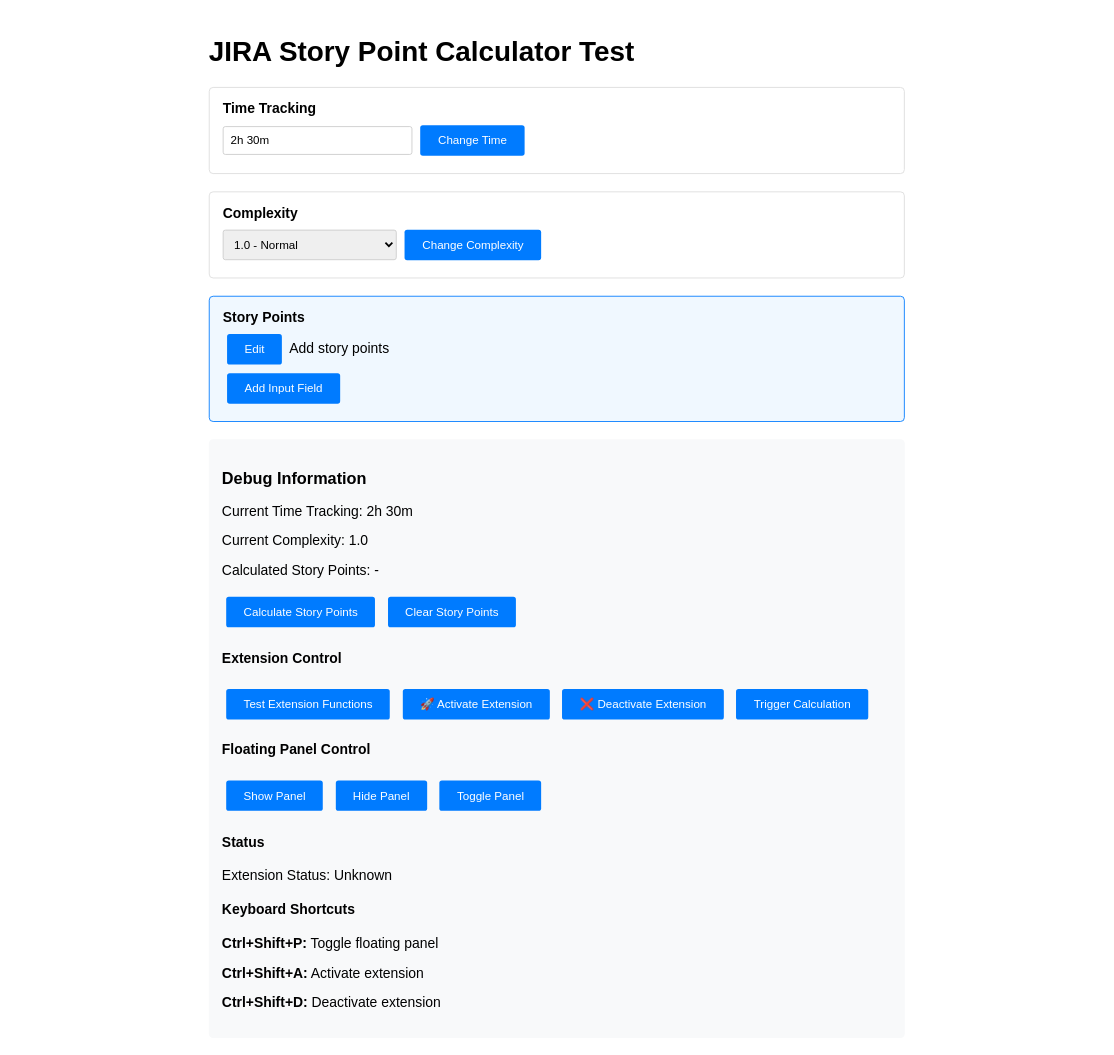
Repository: nirazanbasnet/jira-story-point-calculator
Page: test.html
An editor plug-in stored every save of this project. The page is shown before and after the next save, followed by the edit.
The browser window is 1280 px wide. The pictures show the whole page, at 87% of full size.

Above is the page before, as saved 2025-09-01 19:38:25.

### test.html
<!DOCTYPE html>
<html lang="en">

<head>
    <meta charset="UTF-8">
    <meta name="viewport" content="width=device-width, initial-scale=1.0">
    <title>JIRA Story Point Calculator Test</title>
    <style>
        body {
            font-family: Arial, sans-serif;
            max-width: 800px;
            margin: 0 auto;
            padding: 20px;
        }

        .field-group {
            margin: 20px 0;
            padding: 15px;
            border: 1px solid #ddd;
            border-radius: 5px;
        }

        .field-label {
            font-weight: bold;
            margin-bottom: 5px;
        }

        input,
        select {
            padding: 8px;
            border: 1px solid #ccc;
            border-radius: 3px;
            width: 200px;
        }

        .story-point-field {
            background-color: #f0f8ff;
            border-color: #007bff;
        }

        .debug-info {
            background-color: #f8f9fa;
            padding: 15px;
            border-radius: 5px;
            margin-top: 20px;
        }

        button {
            background-color: #007bff;
            color: white;
            padding: 10px 20px;
            border: none;
            border-radius: 3px;
            cursor: pointer;
            margin: 5px;
        }

        button:hover {
            background-color: #0056b3;
        }
    </style>
</head>

<body>
    <h1>JIRA Story Point Calculator Test</h1>

    <div class="field-group">
        <div class="field-label">Time Tracking</div>
        <input type="text" id="time-tracking" name="time-tracking" placeholder="e.g., 2h 30m" value="2h 30m">
        <button onclick="changeTimeTracking()">Change Time</button>
    </div>

    <div class="field-group">
        <div class="field-label">Complexity</div>
        <select id="complexity" name="complexity">
            <option value="0.1">0.1 - Very Simple</option>
            <option value="0.2">0.2 - Simple</option>
            <option value="0.3">0.3 - Basic</option>
            <option value="0.6">0.6 - Standard</option>
            <option value="1" selected>1.0 - Normal</option>
            <option value="1.5">1.5 - Complex</option>
            <option value="2">2.0 - Very Complex</option>
        </select>
        <button onclick="changeComplexity()">Change Complexity</button>
    </div>

    <div class="field-group story-point-field">
        <div class="field-label">Story Points</div>
        <div data-testid="issue-field-number.ui.issue-field-story-point-estimate--container">
            <div data-testid="issue-field-inline-edit-read-view-container.ui.container" role="presentation">
                <button aria-label="Edit Story Points" type="button">Edit</button>
                <span data-testid="issue-field-story-point-estimate-readview-full.ui.story-point-estimate">
                    <span>Add story points</span>
                </span>
            </div>
        </div>
        <button onclick="addInputField()">Add Input Field</button>
    </div>

    <div class="debug-info">
        <h3>Debug Information</h3>
        <p>Current Time Tracking: <span id="current-time">2h 30m</span></p>
        <p>Current Complexity: <span id="current-complexity">1.0</span></p>
        <p>Calculated Story Points: <span id="calculated-points">-</span></p>
        <button onclick="calculateStoryPoints()">Calculate Story Points</button>
        <button onclick="clearStoryPoints()">Clear Story Points</button>

        <h4>Extension Control</h4>
        <button onclick="testExtensionFunctions()">Test Extension Functions</button>
        <button onclick="activateExtension()">🚀 Activate Extension</button>
        <button onclick="deactivateExtension()">❌ Deactivate Extension</button>
        <button onclick="triggerCalculation()">Trigger Calculation</button>

        <h4>Floating Panel Control</h4>
        <button onclick="showPanel()">Show Panel</button>
        <button onclick="hidePanel()">Hide Panel</button>
        <button onclick="togglePanel()">Toggle Panel</button>

        <h4>Status</h4>
        <p id="extension-status">Extension Status: Unknown</p>

        <h4>Keyboard Shortcuts</h4>
        <p><strong>Ctrl+Shift+P:</strong> Toggle floating panel</p>
        <p><strong>Ctrl+Shift+A:</strong> Activate extension</p>
        <p><strong>Ctrl+Shift+D:</strong> Deactivate extension</p>
    </div>

    <script>
        function changeTimeTracking() {
            const timeInput = document.getElementById('time-tracking');
            const times = ['1h', '45m', '2h 15m', '3h 30m', '1.5h'];
            const randomTime = times[Math.floor(Math.random() * times.length)];
            timeInput.value = randomTime;
            timeInput.dispatchEvent(new Event('input', { bubbles: true }));
            timeInput.dispatchEvent(new Event('change', { bubbles: true }));
            document.getElementById('current-time').textContent = randomTime;
        }

        function changeComplexity() {
            const complexitySelect = document.getElementById('complexity');
            const complexities = [0.1, 0.2, 0.3, 0.6, 1, 1.5, 2];
            const randomComplexity = complexities[Math.floor(Math.random() * complexities.length)];
            complexitySelect.value = randomComplexity;
            complexitySelect.dispatchEvent(new Event('change', { bubbles: true }));
            document.getElementById('current-complexity').textContent = randomComplexity;
        }

        function addInputField() {
            const container = document.querySelector('[data-testid="issue-field-number.ui.issue-field-story-point-estimate--container"]');
            const existingInput = container.querySelector('input');

            if (!existingInput) {
                const input = document.createElement('input');
                input.type = 'number';
                input.step = '0.1';
                input.placeholder = 'Story points';
                input.style.width = '100px';
                input.style.marginLeft = '10px';
                container.appendChild(input);
            }
        }

        function calculateStoryPoints() {
            const timeTracking = document.getElementById('time-tracking').value;
            const complexity = parseFloat(document.getElementById('complexity').value);

            // Simple time parsing for demo
            let hours = 0;
            if (timeTracking.includes('h')) {
                if (timeTracking.includes('m')) {
                    const parts = timeTracking.split(' ');
                    hours = parseFloat(parts[0]) + (parseFloat(parts[1]) / 60);
                } else {
                    hours = parseFloat(timeTracking);
                }
            } else if (timeTracking.includes('m')) {
                hours = parseFloat(timeTracking) / 60;
            } else {
                hours = parseFloat(timeTracking);
            }

            const storyPoints = Math.round((hours * complexity) * 100) / 100;
            document.getElementById('calculated-points').textContent = storyPoints;

            // Update the story point field if it exists
            const input = document.querySelector('[data-testid="issue-field-number.ui.issue-field-story-point-estimate--container"] input');
            if (input) {
                input.value = storyPoints;
                input.dispatchEvent(new Event('input', { bubbles: true }));
                input.dispatchEvent(new Event('change', { bubbles: true }));
            }
        }

        function clearStoryPoints() {
            document.getElementById('calculated-points').textContent = '-';
            const input = document.querySelector('[data-testid="issue-field-number.ui.issue-field-story-point-estimate--container"] input');
            if (input) {
                input.value = '';
                input.dispatchEvent(new Event('input', { bubbles: true }));
                input.dispatchEvent(new Event('change', { bubbles: true }));
            }
        }

        // Simulate JIRA field changes
        setInterval(() => {
            if (Math.random() > 0.7) {
                changeTimeTracking();
            }
        }, 5000);

        setInterval(() => {
            if (Math.random() > 0.8) {
                changeComplexity();
            }
        }, 7000);

        // Extension testing functions
        function testExtensionFunctions() {
            console.log('Testing extension functions...');

            if (window.jiraStoryPointCalculator) {
                console.log('✅ Extension loaded successfully');
                console.log('Extension object:', window.jiraStoryPointCalculator);
            } else {
                console.log('❌ Extension not loaded');
            }

            if (window.triggerStoryPointCalculation) {
                console.log('✅ triggerStoryPointCalculation function available');
            } else {
                console.log('❌ triggerStoryPointCalculation function not available');
            }

            if (window.toggleStoryPointPanel) {
                console.log('✅ toggleStoryPointPanel function available');
            } else {
                console.log('❌ toggleStoryPointPanel function not available');
            }
        }

        function activateExtension() {
            if (window.activateStoryPointCalculator) {
                const result = window.activateStoryPointCalculator();
                document.getElementById('extension-status').textContent = `Extension Status: Activated (Result: ${result})`;
                console.log('Activate extension result:', result);
            } else {
                console.log('❌ activateStoryPointCalculator function not available');
            }
        }

        function deactivateExtension() {
            if (window.deactivateStoryPointCalculator) {
                const result = window.deactivateStoryPointCalculator();
                document.getElementById('extension-status').textContent = `Extension Status: Deactivated (Result: ${result})`;
                console.log('Deactivate extension result:', result);
            } else {
                console.log('❌ deactivateStoryPointCalculator function not available');
            }
        }

        function triggerCalculation() {
            if (window.triggerStoryPointCalculation) {
                const result = window.triggerStoryPointCalculation();
                console.log('Trigger calculation result:', result);
            } else {
                console.log('❌ triggerStoryPointCalculation function not available');
            }
        }

        // Panel control functions
        function showPanel() {
            if (window.showStoryPointPanel) {
                const result = window.showStoryPointPanel();
                console.log('Show panel result:', result);
            } else {
                console.log('❌ showStoryPointPanel function not available');
            }
        }

        function hidePanel() {
            if (window.hideStoryPointPanel) {
                const result = window.hideStoryPointPanel();
                console.log('Hide panel result:', result);
            } else {
                console.log('❌ hideStoryPointPanel function not available');
            }
        }

        function togglePanel() {
            if (window.toggleStoryPointPanel) {
                const result = window.toggleStoryPointPanel();
                console.log('Toggle panel result:', result);
            } else {
                console.log('❌ toggleStoryPointPanel function not available');
            }
        }
    </script>
</body>

</html>

After the next save:
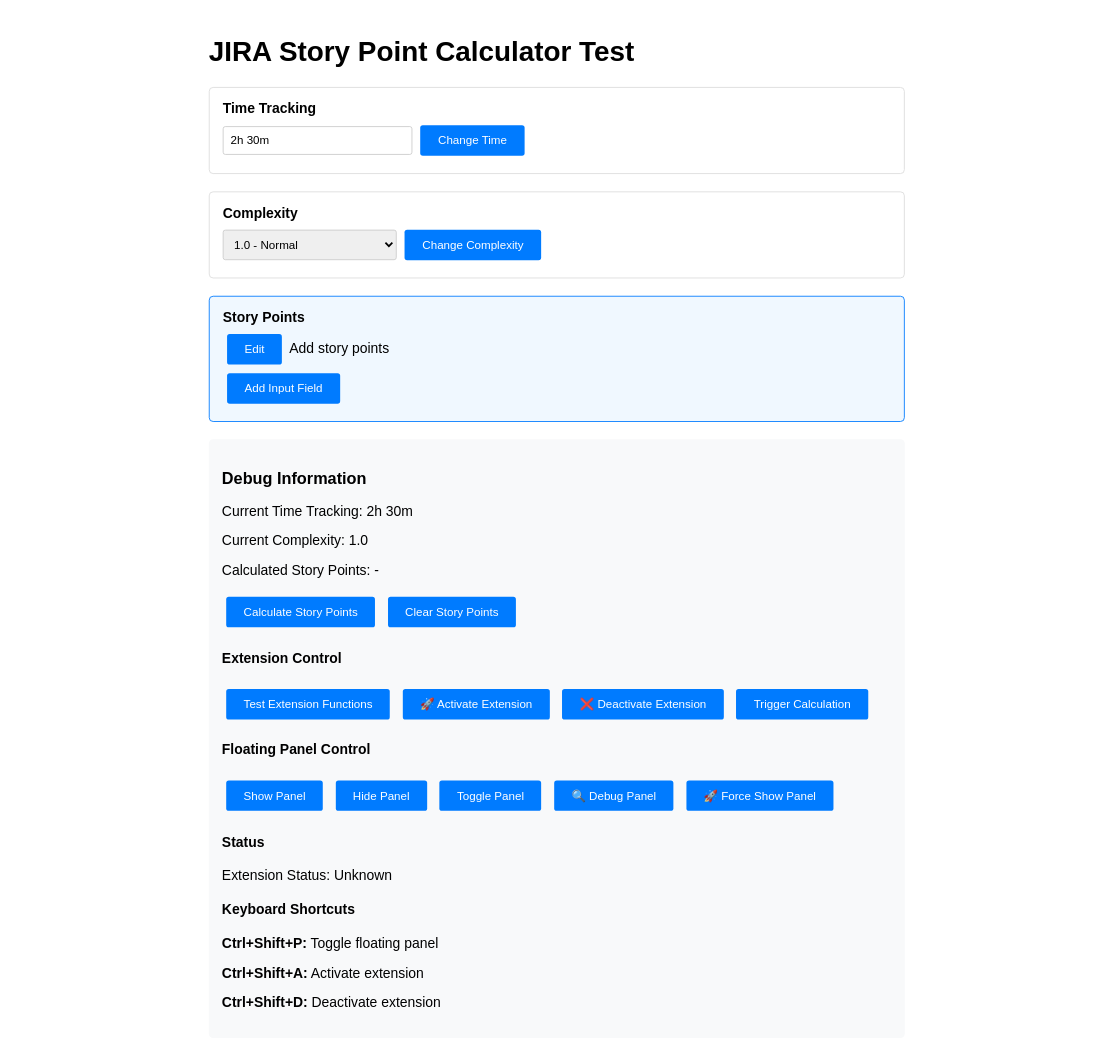
Saved 9 s later.
--- a/test.html
+++ b/test.html
@@ -115,6 +115,8 @@
         <button onclick="showPanel()">Show Panel</button>
         <button onclick="hidePanel()">Hide Panel</button>
         <button onclick="togglePanel()">Toggle Panel</button>
+        <button onclick="debugPanel()">🔍 Debug Panel</button>
+        <button onclick="forceShowPanel()">🚀 Force Show Panel</button>
 
         <h4>Status</h4>
         <p id="extension-status">Extension Status: Unknown</p>
